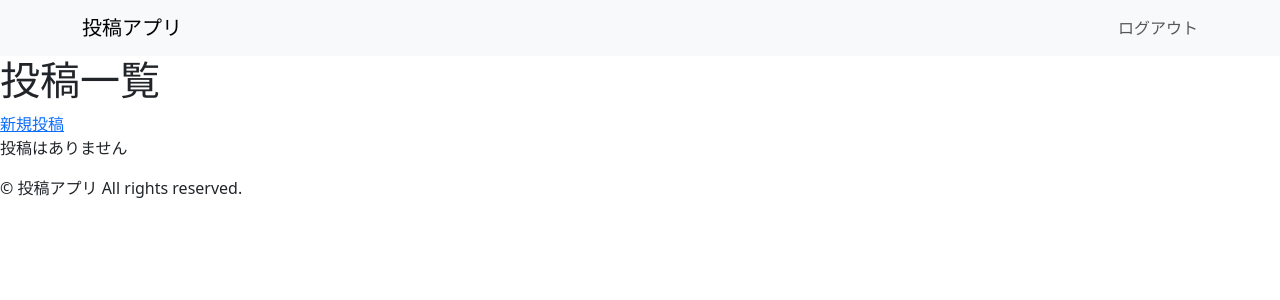
Repository: Yu62ballena/laravel_posting_app
Page: http://localhost/posts
An editor plug-in stored every save of this project. The page is shown before and after the next save, followed by the edit.
The browser window is 1280 px wide. The pictures show the whole page.
The page is served by the project's Laravel application, run on PHP 8.4 with Laravel 10. A made-up administrator, Test User (test@example.com), is signed in. Other server files are loaded and not shown. Queries for data that is not in the repository find no rows.

Above is the page before, as saved 2024-05-21 13:51:32.

### routes/web.php
<?php

use App\Http\Controllers\ProfileController;
use Illuminate\Support\Facades\Route;
use App\Http\Controllers\PostController;

/*
|--------------------------------------------------------------------------
| Web Routes
|--------------------------------------------------------------------------
|
| Here is where you can register web routes for your application. These
| routes are loaded by the RouteServiceProvider and all of them will
| be assigned to the "web" middleware group. Make something great!
|
*/
Route::get('/', [PostController::class, 'index'])->middleware(['auth', 'verified'])->name('posts.index');

// Route::get('/dashboard', function () {
//     return view('dashboard');
// })->middleware(['auth', 'verified'])->name('dashboard');

// Route::middleware('auth')->group(function () {
//     Route::get('/profile', [ProfileController::class, 'edit'])->name('profile.edit');
//     Route::patch('/profile', [ProfileController::class, 'update'])->name('profile.update');
//     Route::delete('/profile', [ProfileController::class, 'destroy'])->name('profile.destroy');
// });

require __DIR__.'/auth.php';

// Route::get('/posts', [PostController::class, 'index'])->middleware(['auth', 'verified'])->name('posts.index');
// Route::get('/posts/create', [PostController::class, 'create'])->middleware(['auth', 'verified'])->name('posts.create');
// Route::post('/posts', [PostController::class, 'store'])->middleware(['auth', 'verified'])->name('posts.store');
// Route::get('/posts/{post}', [PostController::class, 'show'])->middleware(['auth', 'verified'])->name('posts.show');
// Route::get('/posts/{post}/edit', [PostController::class, 'edit'])->middleware(['auth', 'verified'])->name('posts.edit');
// Route::patch('/posts/{post}', [PostController::class, 'update'])->middleware(['auth', 'verified'])->name('posts.update');
// Route::delete('/posts/{post}', [PostController::class, 'destroy'])->middleware(['auth', 'verified'])->name('posts.destroy');

Route::resource('posts', PostController::class)->middleware(['auth', 'verified']);

### app/Models/User.php
<?php

namespace App\Models;

// use Illuminate\Contracts\Auth\MustVerifyEmail;
use Illuminate\Database\Eloquent\Factories\HasFactory;
use Illuminate\Foundation\Auth\User as Authenticatable;
use Illuminate\Notifications\Notifiable;
use Laravel\Sanctum\HasApiTokens;
use Illuminate\Contracts\Auth\MustVerifyEmail;

class User extends Authenticatable implements MustVerifyEmail
{
    use HasApiTokens, HasFactory, Notifiable;

    /**
     * The attributes that are mass assignable.
     *
     * @var array<int, string>
     */
    protected $fillable = [
        'name',
        'email',
        'password',
    ];

    /**
     * The attributes that should be hidden for serialization.
     *
     * @var array<int, string>
     */
    protected $hidden = [
        'password',
        'remember_token',
    ];

    /**
     * The attributes that should be cast.
     *
     * @var array<string, string>
     */
    protected $casts = [
        'email_verified_at' => 'datetime',
        'password' => 'hashed',
    ];

    public function posts() {
        return $this->hasMany(Post::class);
    }
}

### app/Http/Controllers/PostController.php
<?php

namespace App\Http\Controllers;

use Illuminate\Http\Request;
use App\Models\Post;
use Illuminate\Support\Facades\Auth;
use App\Http\Requests\PostRequest;

class PostController extends Controller
{
    public function index() {
        $posts = Auth::user()->posts()->orderBy('created_at', 'desc')->get();

        return view('posts.index', compact('posts'));
    }

    public function show(Post $post) {
        return view('posts.show', compact('post'));
    }

    public function create() {
        return view('posts.create');
    }

    public function store(PostRequest $request) {
        $post = new Post();
        $post->title = $request->input('title');
        $post->content = $request->input('content');
        $post->user_id = Auth::id();
        $post->save();

        return redirect()->route('posts.index')->with('flash_message', '投稿が完了しました。');
    }

    public function edit(Post $post) {
        if($post->user_id !== Auth::id()) {
            return redirect()->route('posts.index')->with('error_message', '不正なアクセスです。');
        }

        return view('posts.edit', compact('post'));
    }

    public function update(PostRequest $request, Post $post) {
        if($post->user_id !== Auth::id()) {
            return redirect()->route('posts.index')->with('error_message', '不正なアクセスです。');
        }

        $post->title = $request->input('title');
        $post->content = $request->input('content');
        $post->save();

        return redirect()->route('posts.show', $post)->with('flash_message', '投稿を編集しました。');
    }

    public function destroy(Post $post) {
        if($post->user_id !== Auth::id()) {
            return redirect()->route('posts.index')->with('error_message', '不正なアクセスです。');
        }

        $post->delete();

        return redirect()->route('posts.index')->with('flash_message', '投稿を削除しました。');
    }
}

### app/Models/Post.php
<?php

namespace App\Models;

use Illuminate\Database\Eloquent\Factories\HasFactory;
use Illuminate\Database\Eloquent\Model;

class Post extends Model
{
    use HasFactory;

    public function user() {
        return $this->belongsTo(User::class);
    }
}

### resources/views/posts/index.blade.php
<!DOCTYPE html>
<html lang="ja">
<head>
    <meta charset="UTF-8">
    <meta name="viewport" content="width=device-width, initial-scale=1.0">
    <meta http-equiv="X-UA-Compatible" content="ie=edge">
    <title>投稿一覧</title>

      {{-- Bootstrap --}}
      <link href="https://cdn.jsdelivr.net/npm/bootstrap@5.3.0/dist/css/bootstrap.min.css" rel="stylesheet" integrity="sha384-9ndCyUaIbzAi2FUVXJi0CjmCapSmO7SnpJef0486qhLnuZ2cdeRhO02iuK6FUUVM" crossorigin="anonymous">
</head>
<body>
    <header>
        <nav class="navbar navbar-light bg-light">
<div class="container">
                <a href="{{ route('posts.index') }}" class="navbar-brand">投稿アプリ</a>

                <ul class="navbar-nav">
                    <li class="nav-item">
                        <a href="{{ route('logout') }}" class="nav-link" onclick="event.preventDefault(); document.getElementById('logout-form').submit();">ログアウト</a>
                        <form id="logout-form" action="{{ route('logout') }}" method="POST">
                            @csrf
                        </form>
                    </li>
                </ul>
</div>
        </nav>
    </header>

        <main>
            <h1>投稿一覧</h1>

            @if(session('flash_message'))
                <p>{{ session('flash_message') }}</p>
            @endif

            @if(session('error_message'))
                <p>{{ session('error_message') }}</p>
            @endif

            <a href="{{ route('posts.create') }}">新規投稿</a>

            @if($posts->isNotEmpty())
                @foreach ($posts as $post)
                    <article>
                        <h2>{{ $post->title }}</h2>
                        <p>{{ $post->content }}</p>
                        <a href="{{ route('posts.show', $post) }}">詳細</a>
                        <a href="{{ route('posts.edit', $post) }}">編集</a>
                        <form action="{{ route('posts.destroy', $post) }}" method="POST" onsubmit="return confirm('本当に削除してもよろしいですか？');">
                            @csrf
                            @method('DELETE')
                            <button type="submit">削除</button>
                        </form>
                    </article>
                @endforeach
            @else
                <p>投稿はありません</p>
            @endif
        </main>

        <footer>
            <p>&copy; 投稿アプリ All rights reserved.</p>
        </footer>

         {{-- Bootstrap --}}
     <script src="https://cdn.jsdelivr.net/npm/bootstrap@5.3.0/dist/js/bootstrap.bundle.min.js" integrity="sha384-geWF76RCwLtnZ8qwWowPQNguL3RmwHVBC9FhGdlKrxdiJJigb/j/68SIy3Te4Bkz" crossorigin="anonymous"></script>

</body>
</html>

Loaded but not shown: routes/auth.php (common file); app/Http/Controllers/Auth/EmailVerificationPromptController.php (common file); app/Http/Controllers/Controller.php (common file); app/Http/Controllers/Auth/VerifyEmailController.php (common file)

After the next save:
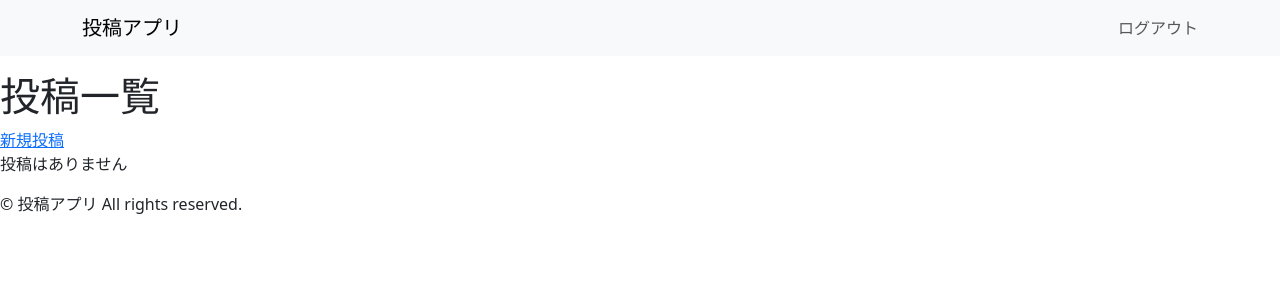
Saved 31 s later.
--- a/resources/views/posts/index.blade.php
+++ b/resources/views/posts/index.blade.php
@@ -28,35 +28,37 @@
     </header>
 
         <main>
-            <h1>投稿一覧</h1>
+            <p>
+                <h1>投稿一覧</h1>
 
-            @if(session('flash_message'))
-                <p>{{ session('flash_message') }}</p>
-            @endif
+                @if(session('flash_message'))
+                    <p>{{ session('flash_message') }}</p>
+                @endif
 
-            @if(session('error_message'))
-                <p>{{ session('error_message') }}</p>
-            @endif
+                @if(session('error_message'))
+                    <p>{{ session('error_message') }}</p>
+                @endif
 
-            <a href="{{ route('posts.create') }}">新規投稿</a>
+                <a href="{{ route('posts.create') }}">新規投稿</a>
 
-            @if($posts->isNotEmpty())
-                @foreach ($posts as $post)
-                    <article>
-                        <h2>{{ $post->title }}</h2>
-                        <p>{{ $post->content }}</p>
-                        <a href="{{ route('posts.show', $post) }}">詳細</a>
-                        <a href="{{ route('posts.edit', $post) }}">編集</a>
-                        <form action="{{ route('posts.destroy', $post) }}" method="POST" onsubmit="return confirm('本当に削除してもよろしいですか？');">
-                            @csrf
-                            @method('DELETE')
-                            <button type="submit">削除</button>
-                        </form>
-                    </article>
-                @endforeach
-            @else
-                <p>投稿はありません</p>
-            @endif
+                @if($posts->isNotEmpty())
+                    @foreach ($posts as $post)
+                        <article>
+                            <h2>{{ $post->title }}</h2>
+                            <p>{{ $post->content }}</p>
+                            <a href="{{ route('posts.show', $post) }}">詳細</a>
+                            <a href="{{ route('posts.edit', $post) }}">編集</a>
+                            <form action="{{ route('posts.destroy', $post) }}" method="POST" onsubmit="return confirm('本当に削除してもよろしいですか？');">
+                                @csrf
+                                @method('DELETE')
+                                <button type="submit">削除</button>
+                            </form>
+                        </article>
+                    @endforeach
+                @else
+                    <p>投稿はありません</p>
+                @endif
+            </p>
         </main>
 
         <footer>
